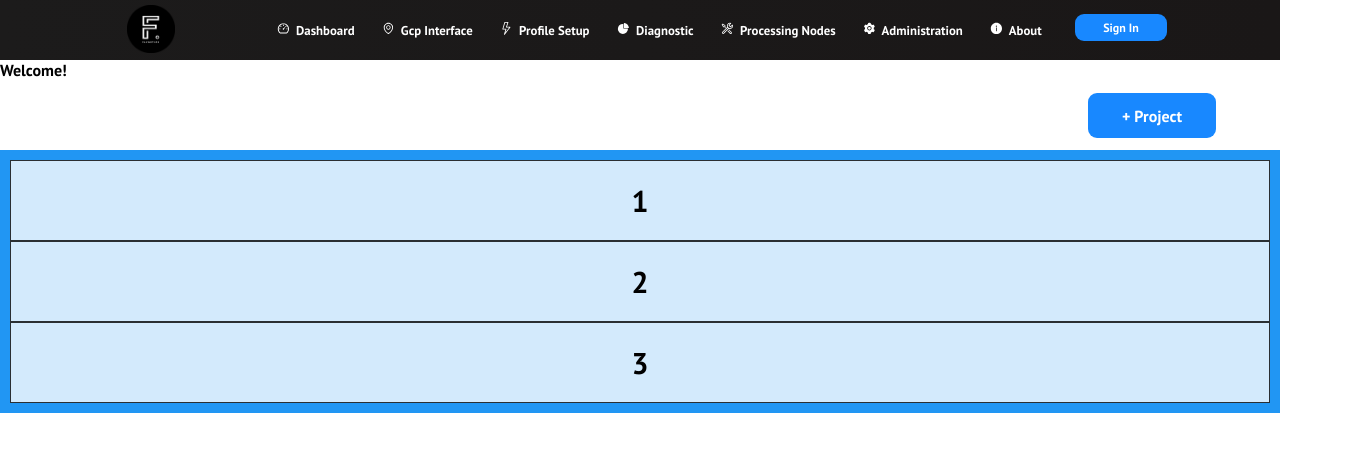
Repository: Akshaykumar1111/akki
Page: /Dashboard
The author's editor kept a copy of each file at every save. The page is drawn from the files as they stood at one save, then again after the next save.
The browser window is 1280 px wide. The page is 1280 px wide, then 1347 px, so the pictures cover 1347 px, including what lies to the right of the window. The pictures show the whole page.
Some web libraries are served in a nearby version. The project was rebuilt for these pictures with package versions that can differ from the ones it lists, and the page was loaded fresh each time. Also part of the build but not shown: src/components/pages/Administration.css, src/components/pages/Administration.js, src/components/pages/Diagnostic.js, src/components/pages/ProfileSetup.js, src/components/pages/GcpInterface.js, src/components/pages/ProcessingNodes.js, src/components/pages/About.js, src/components/pages/Popup.css and 7 more.

Above is the page before, as saved 2022-10-20 12:12:06.

After the next save:
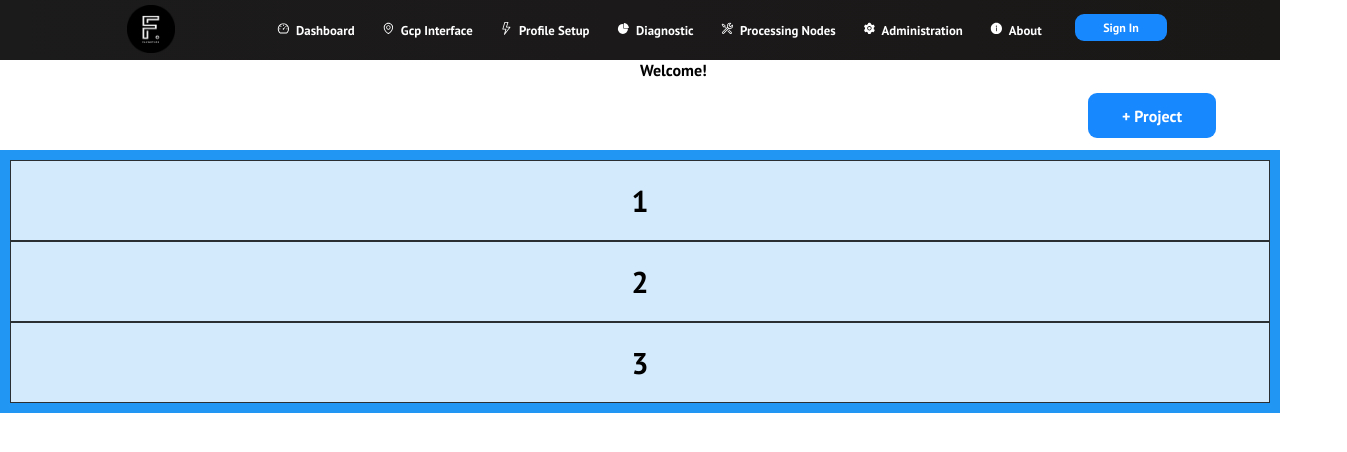
Saved 3 min 49 s later.
--- a/src/components/pages/Dashboard.css
+++ b/src/components/pages/Dashboard.css
@@ -12,5 +12,5 @@
     text-align: center;
   }
 .Welcome{
-    text-align: center;
+    padding: 50%;
 }
